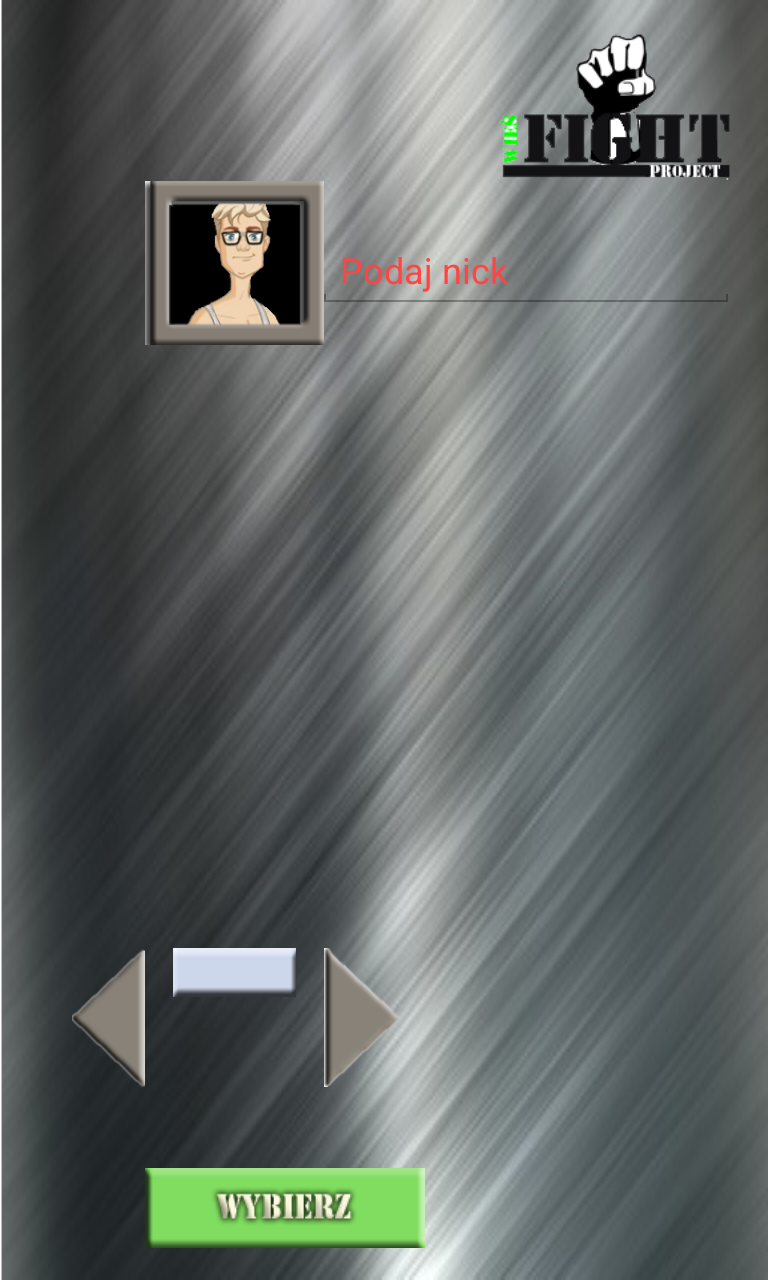
Repository: KrzysztofWolinski/WiesFight_Project
Layout: WiesFight/res/layout/activity_login.xml
An editor plug-in stored every save of this project. The layout is shown before and after the next save, followed by the edit.
It is drawn on a 768 x 1280 px phone screen (xhdpi) without system bars, with theme AppTheme; the app's code is not run.

Above is the layout before, as saved 2014-11-04 19:19:26.

After the next save:
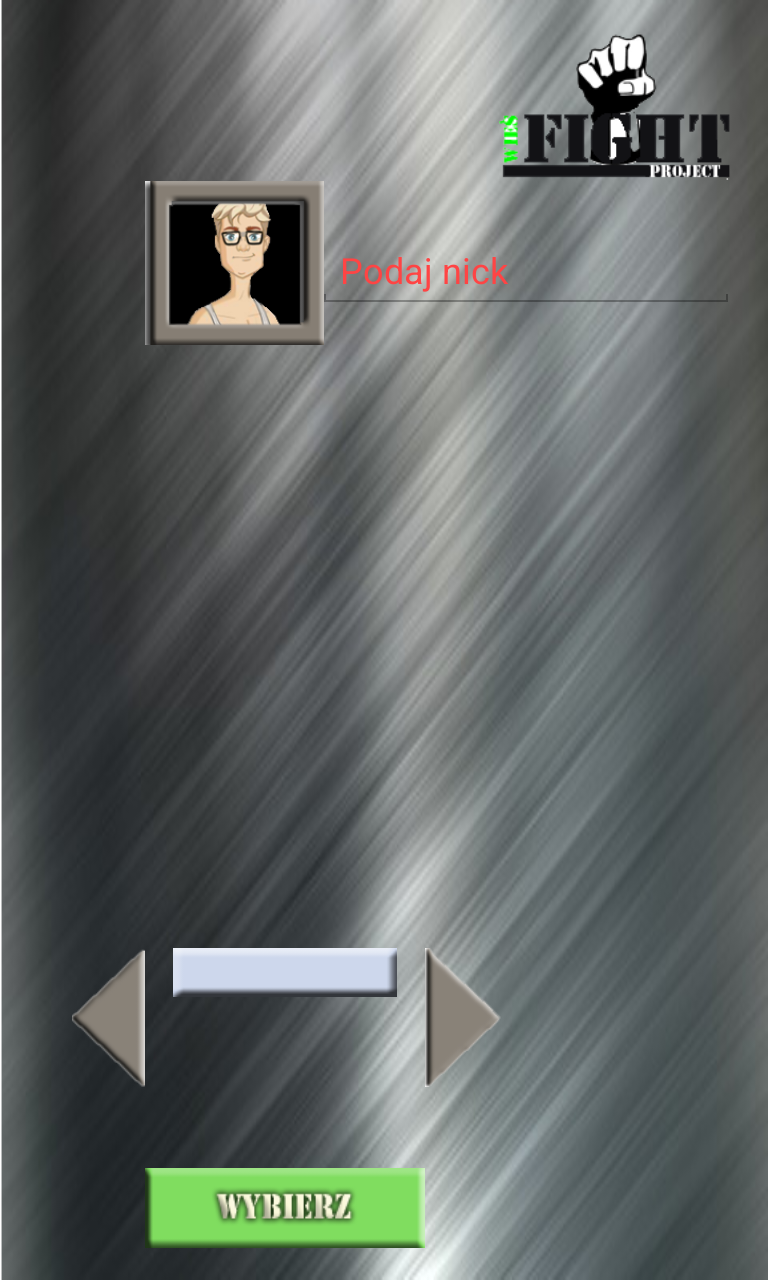
Saved 40 s later.
--- a/WiesFight/res/layout/activity_login.xml
+++ b/WiesFight/res/layout/activity_login.xml
@@ -57,7 +57,7 @@
         android:layout_width="wrap_content"
         android:layout_height="wrap_content"
         android:layout_alignTop="@+id/lblClass"
-        android:layout_toRightOf="@+id/imgAvatarMain"
+        android:layout_toRightOf="@+id/btnChoose"
         android:background="@android:color/transparent"
         android:onClick="changeClass"
         android:contentDescription="@string/prawy"
